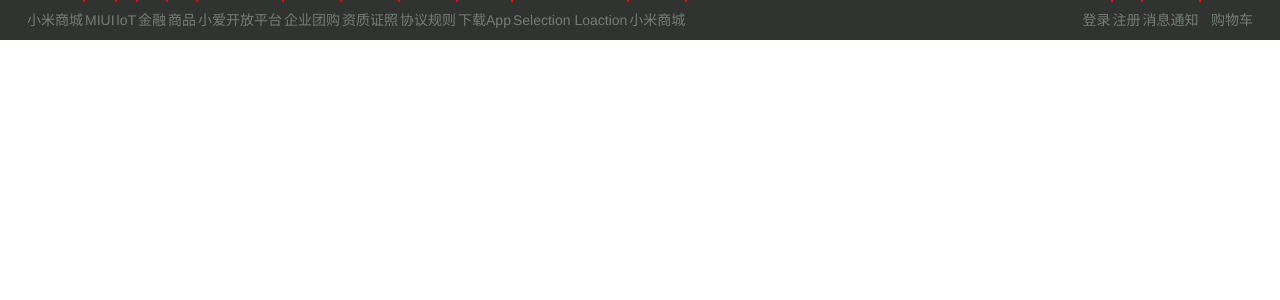
Repository: chenguocan/mi
Page: index.html
The author's editor kept a copy of each file at every save. The page is drawn from the files as they stood at one save, then again after a run of saves.
The browser window is 1280 px wide. The pictures show the whole page.

Above is the page before, as saved 2020-10-13 09:45:23.

After the next 3 saves:
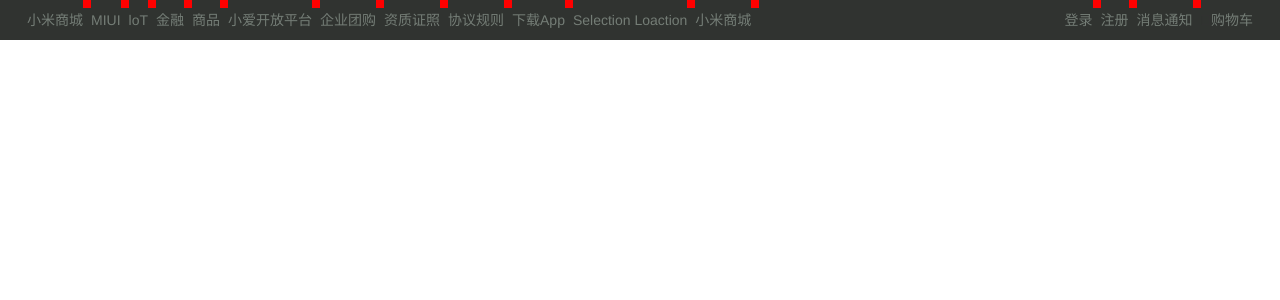
The 3 saves are shown as one change because they came seconds apart.
The last was saved 12 s later.
--- a/css/index.css
+++ b/css/index.css
@@ -20,6 +20,5 @@
     color:rgb(116, 125, 118);
 }
 .line{
-    height: 100%;
-    border:1px solid red;
+    border:4px solid red;
 }
